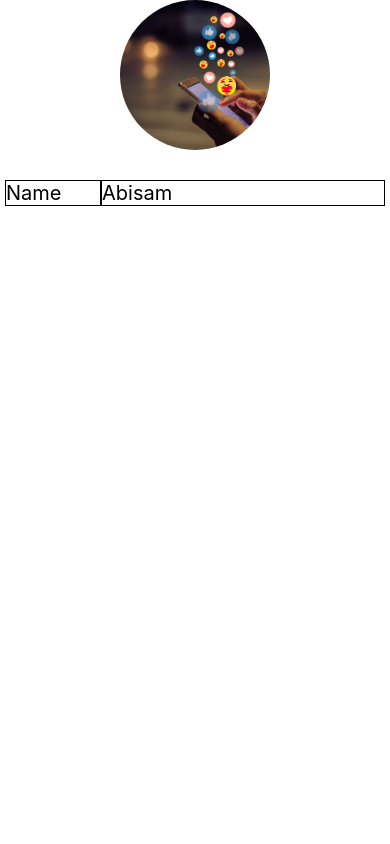
Repository: 2000-Nanayaw/MobileApp
Screen: /
The author's editor kept a copy of each file at every save. The screen is drawn from the files as they stood at one save, then again after the next save.
The app was drawn by React Native's web renderer in a window 390 px wide. The project was rebuilt for these pictures with package versions that can differ from the ones it lists, and the page was loaded fresh each time.

Above is the screen before, as saved 2023-08-28 04:35:19.

After the next save:
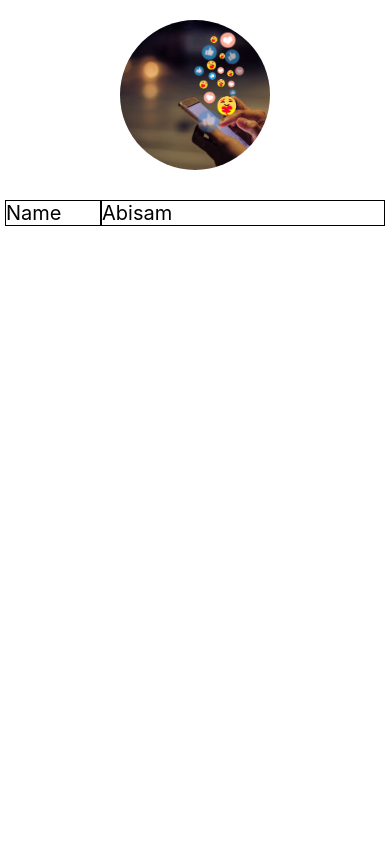
Saved 40 s later.
--- a/App.js
+++ b/App.js
@@ -58,6 +58,7 @@ image: {
   borderRadius: 75,
   marginBottom: 30,
   alignSelf: "center",
+  marginTop: 20,
 },
 detailContainer: {
   flexDirection: "row"
